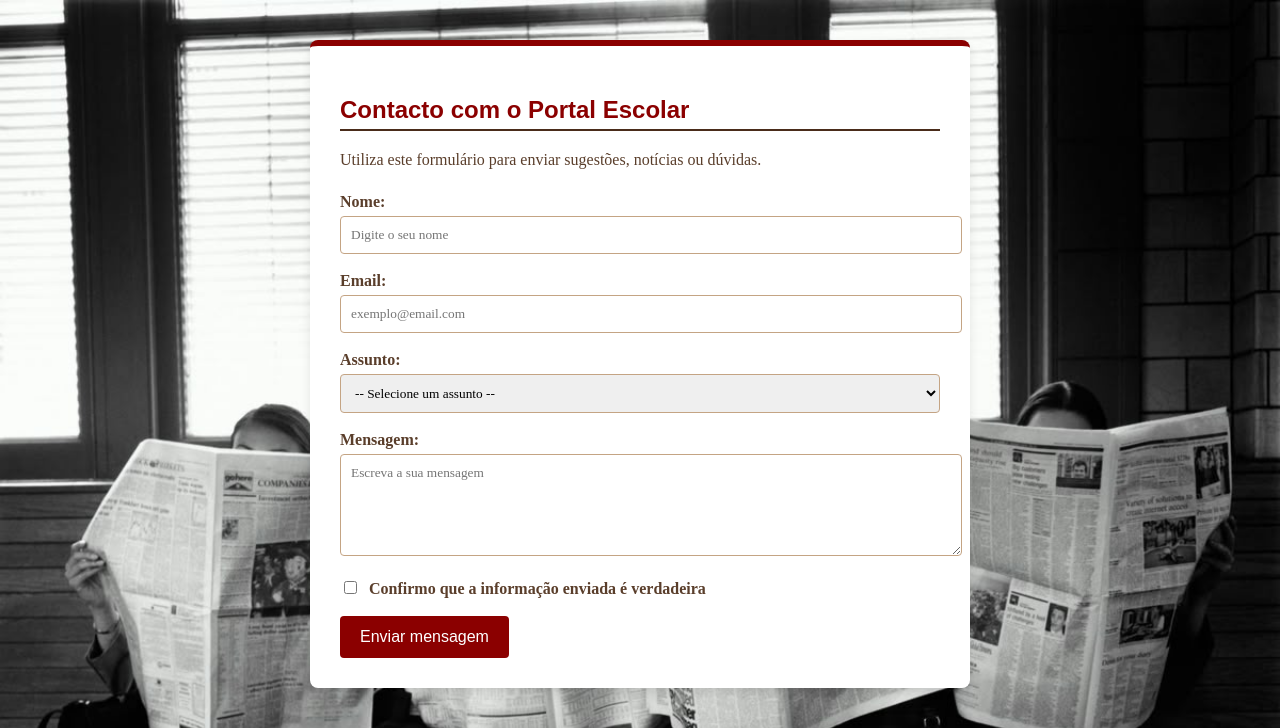
Repository: Sofiampsantos/Portal-de-Jornalismo-Escolar
Page: ProjetoProgV2/FormularioContacto/src/main/webapp/formulario.html
The author's editor kept a copy of each file at every save. The page is drawn from the files as they stood at one save, then again after the next save.
The browser window is 1280 px wide. The pictures show the whole page.
Backgrounds fixed to the window are drawn as part of the page. Some web fonts or font styles are not loaded; a fallback is used.

Above is the page before, as saved 2026-05-24 16:29:46.
Console error: TypeError: Cannot set properties of null (setting 'innerText')

After the next save:
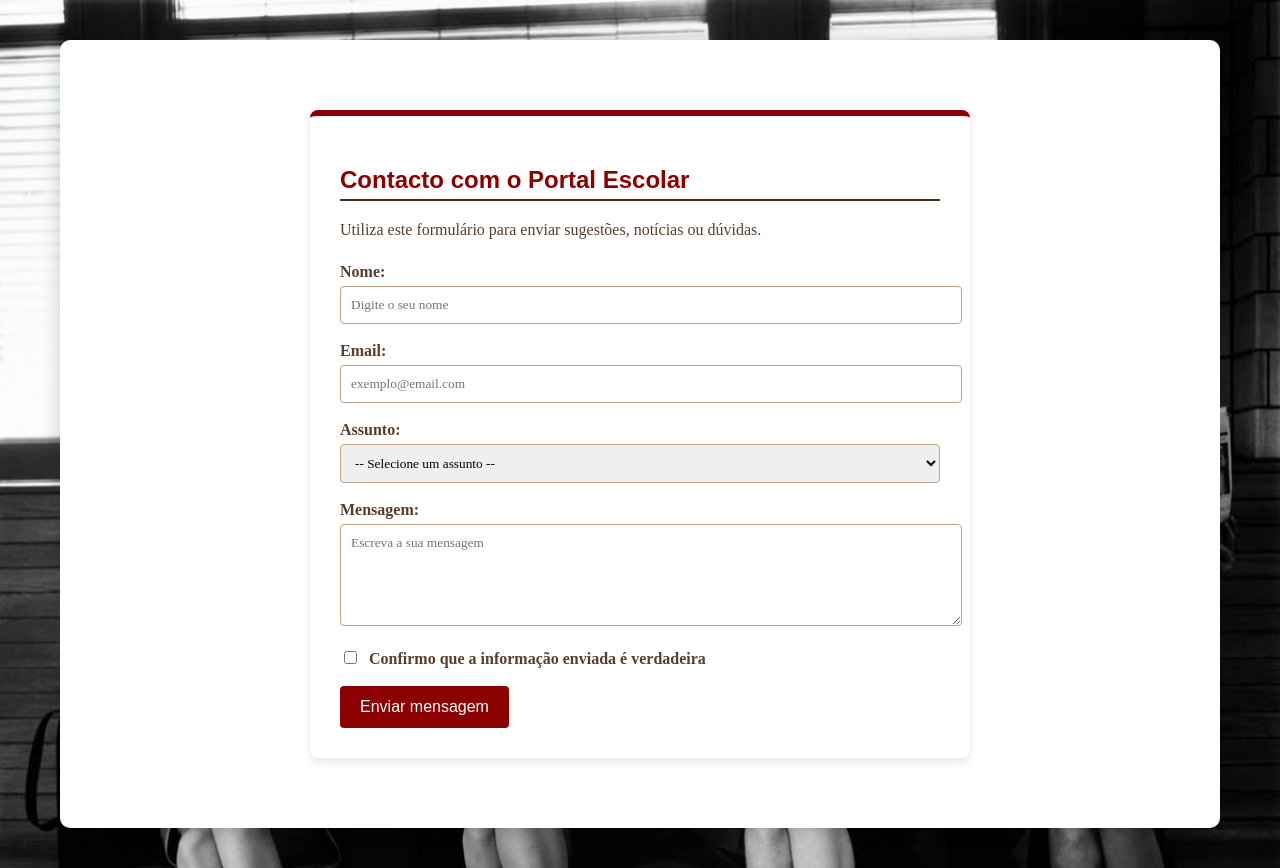
Saved 2 min 7 s later.
--- a/ProjetoProgV2/FormularioContacto/src/main/webapp/formulario.html
+++ b/ProjetoProgV2/FormularioContacto/src/main/webapp/formulario.html
@@ -2,42 +2,46 @@
 <html>
 <head>
 <meta charset="UTF-8">
-<title>Formulário - validação do campo nome</title><title>Formulário de Contacto</title>
-<link rel="stylesheet" type="text/css" href="../styles/estilo.css">
+<title>Portal de Jornalismo Escolar - ESMM - Formulário de Contacto</title>
+<link rel="stylesheet" type="text/css" href="styles/estilo.css">
 </head>
 <body style="background-image: url('img/jornmulheres.jpg'); background-size: cover; background-repeat: no-repeat; background-attachment: fixed; background-position: center;">
 
-	<form name="formulario" onsubmit="return validarFormulario()">
+    <div class="container">
 
-    <h2>Contacto com o Portal Escolar</h2>
-    <p>Utiliza este formulário para enviar sugestões, notícias ou dúvidas.</p>
+        <form name="formulario" onsubmit="return validarFormulario()">
 
-    <label>Nome:</label><br>
-    <input type="text" name="nome" placeholder="Digite o seu nome"><br><br>
+            <h2>Contacto com o Portal Escolar</h2>
+            <p>Utiliza este formulário para enviar sugestões, notícias ou dúvidas.</p>
 
-    <label>Email:</label><br>
-    <input type="email" name="email" placeholder="exemplo@email.com"><br><br>
+            <label>Nome:</label><br>
+            <input type="text" name="nome" placeholder="Digite o seu nome"><br><br>
 
-    <label>Assunto:</label><br>
-    <select name="assunto">
-        <option value="">-- Selecione um assunto --</option>
-        <option value="noticia">Sugestão de notícia</option>
-        <option value="evento">Divulgação de evento</option>
-        <option value="erro">Correção de informação</option>
-        <option value="outro">Outro</option>
-    </select><br><br>
+            <label>Email:</label><br>
+            <input type="email" name="email" placeholder="exemplo@email.com"><br><br>
 
-    <label>Mensagem:</label><br>
-    <textarea name="mensagem" rows="5" placeholder="Escreva a sua mensagem"></textarea><br><br>
+            <label>Assunto:</label><br>
+            <select name="assunto">
+                <option value="">-- Selecione um assunto --</option>
+                <option value="noticia">Sugestão de notícia</option>
+                <option value="evento">Divulgação de evento</option>
+                <option value="erro">Correção de informação</option>
+                <option value="outro">Outro</option>
+            </select><br><br>
 
-    <input type="checkbox" name="aceitar">
-    <label>Confirmo que a informação enviada é verdadeira</label><br><br>
+            <label>Mensagem:</label><br>
+            <textarea name="mensagem" rows="5" placeholder="Escreva a sua mensagem"></textarea><br><br>
 
-    <input type="submit" value="Enviar mensagem">
+            <input type="checkbox" name="aceitar">
+            <label>Confirmo que a informação enviada é verdadeira</label><br><br>
 
-</form>
+            <input type="submit" value="Enviar mensagem" class="botao">
 
-	<script src="../scripts/script.js"></script>
+        </form>
+
+    </div>
+
+    <script src="scripts/script.js"></script>
 
 </body>
 </html>
